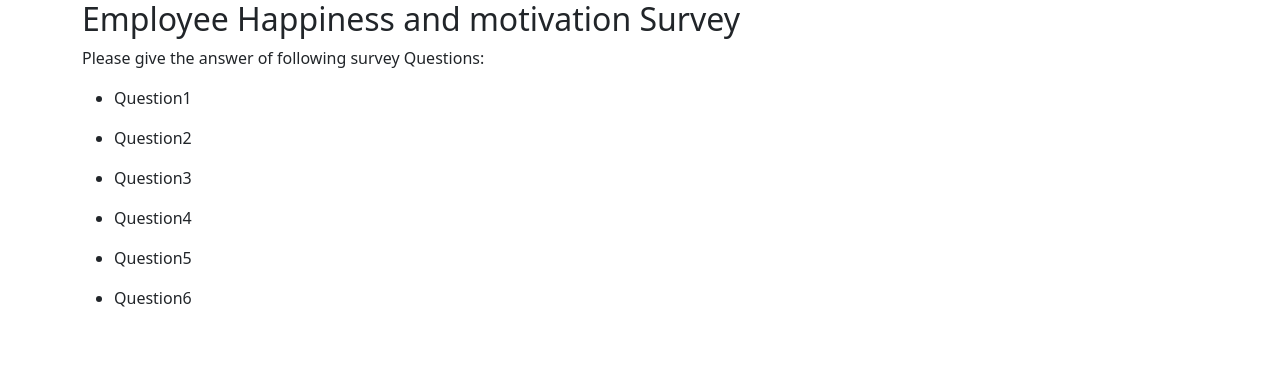
Repository: Itsjeet007y1/WeAce
Page: / (app in we-ace-frontend/)
An editor plug-in stored every save of this project. The page is shown before and after the next save, followed by the edit.
The browser window is 1280 px wide. The pictures show the whole page.
The project was rebuilt for these pictures with package versions that can differ from the ones it lists, and the page was loaded fresh each time. Also part of the build but not shown: we-ace-frontend/angular.json.

Above is the page before, as saved 2023-02-02 21:55:14.

After the next save:
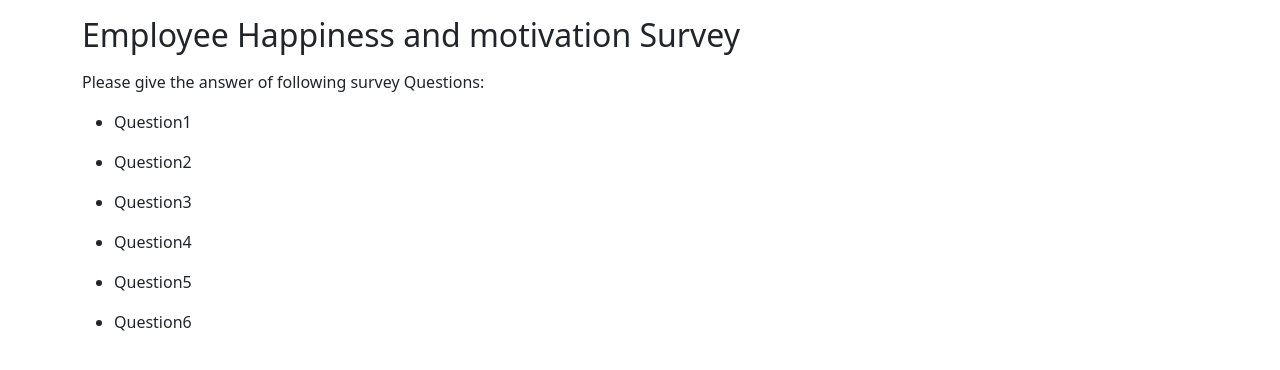
Saved 53 s later.
--- a/we-ace-frontend/src/app/app.component.html
+++ b/we-ace-frontend/src/app/app.component.html
@@ -1,4 +1,4 @@
 <div class="container">
-  <h2>Employee Happiness and motivation Survey</h2>
+  <h2 class="mt-3 mb-3">Employee Happiness and motivation Survey</h2>
   <app-survey-questions-list></app-survey-questions-list>
 </div>
